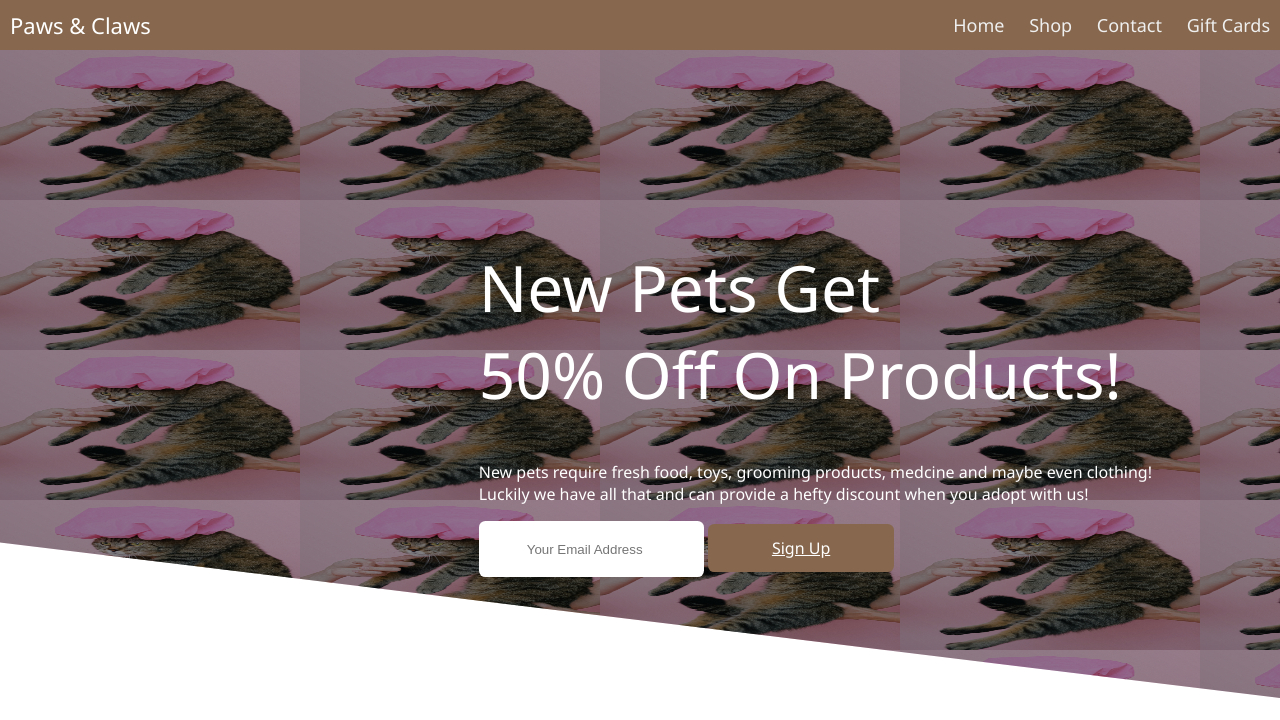
Repository: LtGriff/petProject
Page: dist/about.html
The author's editor kept a copy of each file at every save. The page is drawn from the files as they stood at one save, then again after a run of saves.
The browser window is 1280 px wide. The pictures show the whole page.

Above is the page before, as saved 2022-05-19 07:50:00.

### dist/about.html
<!DOCTYPE html>
<html lang="en">
<head>
    <meta charset="UTF-8">
    <meta http-equiv="X-UA-Compatible" content="IE=edge">
    <meta name="viewport" content="width=device-width, initial-scale=1.0">
    <link rel="stylesheet" type="text/css" href="../CSS/about.css">
    <title>About the Animal House</title>
</head>
<body>
<!-------------NAV***************BAR----------------------->

    <div class="nav">
        <input type="checkbox" id="nav-check">
        <div class="nav-header">
          <div class="nav-title">
            Paws & Claws
          </div>
        </div>
        <div class="nav-btn">
          <label for="nav-check">
            <span></span>
            <span></span>
            <span></span>
          </label>
        </div>

        <div class="nav-links">
          <a href="index.html" target="">Home</a>
          <a href="shop.html" target="_blank">Shop</a>
          <a href="contact.html" target="_blank">Contact</a>
          <a href="giftcard.html" target="_blank">Gift Cards</a>
        </div>
      </div>

    <!-------------NAV*******BAR********END----------------------->


 <!------------------HEADER*******SECTION---------------------->


 <div class="dogfield"></div>

 <header id="header-section">
  <div class="header-text container">
      <h1>New Pets Get <br> 50%  Off On Products!</h1>
      <p>
         New pets require fresh food, toys, grooming products, medcine and maybe even clothing!<br> Luckily we have all that and can provide a hefty discount when you adopt with us!
      </p>
      <input id="userInput" type="email" placeholder="Your Email Address" required>
      <a class="cta" href="#">Sign Up</a>
      <p id="error">Please provide a valid email address</p>
  </div>
</header>










</body>
</html>

### dist/CSS/about.css
/** NAV BAR **/

* {
    box-sizing: border-box;
  }

  body {
    margin: 0px;
    font-family: 'segoe ui';
  }

  .nav {
    height: 50px;
    width: 100%;
    background-color: #87684e;

  /**
    opacity: .5;
    filter: alpha(opacity=50);
    position: relative;**/
    /* z-index: ; */


    box-shadow:
    0 2.8px 2.2px rgba(0, 0, 0, 0.034),
    0 6.7px 5.3px rgba(0, 0, 0, 0.048),
    0 12.5px 10px rgba(0, 0, 0, 0.06),
    0 22.3px 17.9px rgba(11, 4, 4, 0.072),
    0 41.8px 33.4px rgba(0, 0, 0, 0.086),
    0 100px 80px rgba(0, 0, 0, 0.12);
  }

  .nav > .nav-header {
    display: inline;
  }

  .nav > .nav-header > .nav-title {
    display: inline-block;
    font-size: 22px;
    color: #fff;
    padding: 10px 10px 10px 10px;
  }

  .nav > .nav-btn {
    display: none;
  }

  .nav > .nav-links {
    display: inline;
    float: right;
    z-index: 9;
    font-size: 18px;
  }

  .nav > .nav-links > a {
    display: inline-block;
    padding: 13px 10px 13px 10px;
    text-decoration: none;
    color: #efefef;
  }

  .nav > .nav-links > a:hover {
    background-color: rgba(0, 0, 0, 0.3);
  }

  .nav > #nav-check {
    display: none;
  }


 /** HEADER SECTION **/

#header-section{
    height: 90vh;
    background-image: linear-gradient(
        to left bottom,
        rgba(0, 0, 0, 0.4),
        rgba(0, 0, 0, 0.5)),
    url("../img/catpink.jpg");
    background-size: 300px 150px;
    clip-path: polygon(0% 0%,100% 0%,100% 100%,0% 76%);

  }



  .header-text {
    position: absolute;
    top: 28%;
    right: 10%;
    color: #ffffff;
  }

  .header-text h1 {
    font-size: 4rem;
    font-weight: 500;
  }

  .header-text p {
    margin-bottom: 1rem;
  }

  #header-section input {
    width: 225px;
    height: 3.5rem;
    border-radius: 0.4rem;
    border: none;
    padding: 0.5rem 3rem;
  }

  .cta {
    background-color: #87684e;
    padding: 0.8rem 4rem;
    border-radius: 0.4rem;
    color: #fff;
    font-weight: 400;
  }

  .cta:hover {
    transform: translateY(-3px);
    box-shadow: 0 1rem 2rem rgba(0, 0, 0, .2);
  }

  .cta:active {
    transform: translateY(-1px);
    box-shadow: 0 .5rem 1rem rgba(0, 0, 0, .2);
  }

  .cta::after {
    content: "";
    display: inline-block;
    height: 100%;
    width: 100%;
    border-radius: 10rem;
    position: absolute;
    top: 0;
    left: 0;
    z-index: -1;
    transition: all .4s;
  }

  .cta:hover::after {
    transform: scaleX(1.4) scaleY(1.6);
    opacity: 0;
  }

  #error {
    color: red;
    font-weight: 600;
    display: none;
    margin-top: 1rem;
    transition: all 0.5s ease-in;
  }

@media (max-width:600px) {
    .nav > .nav-btn {
      display: inline-block;
      position: absolute;
      right: 0px;
      top: 0px;
    }
    .nav > .nav-btn > label {
      display: inline-block;
      width: 50px;
      height: 50px;
      padding: 13px;
    }
    .nav > .nav-btn > label:hover,.nav  #nav-check:checked ~ .nav-btn > label {
      background-color: rgba(0, 0, 0, 0.3);
    }
    .nav > .nav-btn > label > span {
      display: block;
      width: 25px;
      height: 10px;
      border-top: 2px solid #eee;
    }
    .nav > .nav-links {
      position: absolute;
      display: block;
      width: 100%;
      background: rgb(234,212,189);
      background: linear-gradient(7deg, rgba(234,212,189,1) 0%, rgba(204,175,140,1) 24%, rgba(191,161,124,1) 64%, rgba(135,104,78,1) 98%);
      height: 0px;
      transition: all 0.3s ease-in;
      overflow-y: hidden;
      top: 50px;
      left: 0px;
    }
    .nav > .nav-links > a {
      display: block;
      width: 100%;
    }
    .nav > #nav-check:not(:checked) ~ .nav-links {
      height: 0px;
    }
    .nav > #nav-check:checked ~ .nav-links {
      height: calc(28vh - 50px);
      overflow-y: auto;
    }

  }

After the next 9 saves:
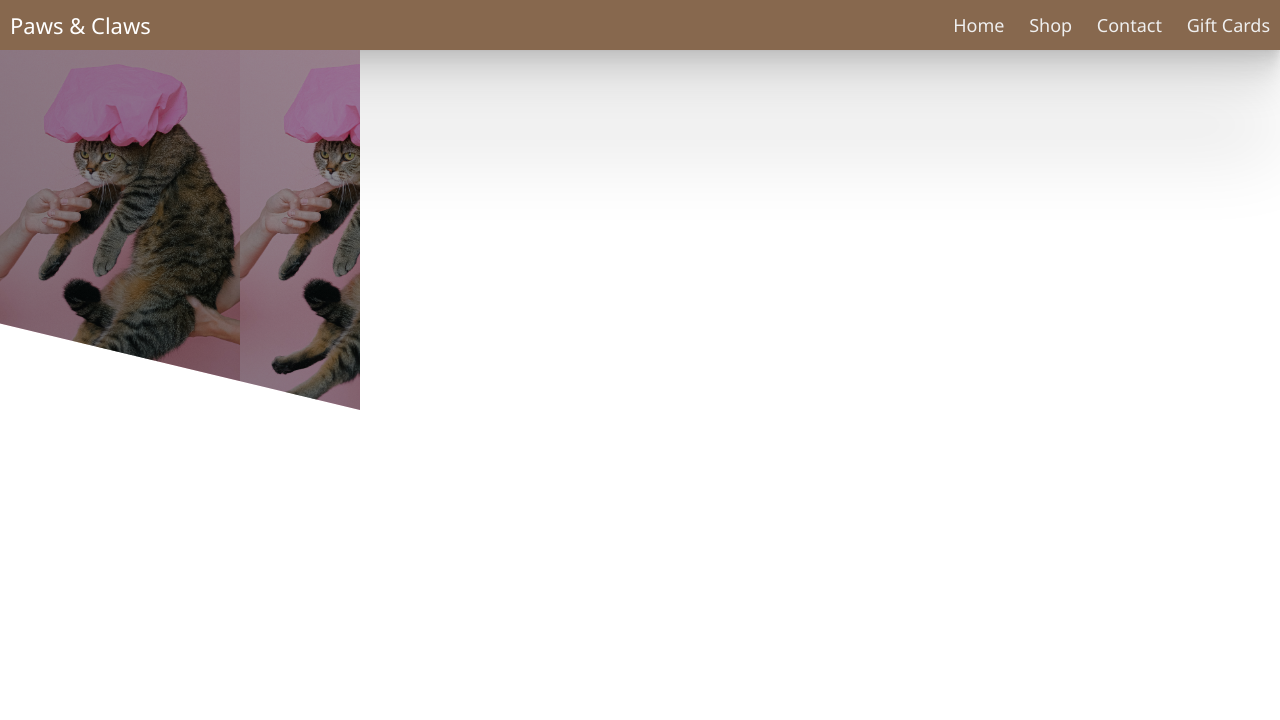
The 9 saves are shown as one change because they came seconds apart.
The last was saved 58 s later.
--- a/dist/CSS/about.css
+++ b/dist/CSS/about.css
@@ -77,7 +77,9 @@
         rgba(0, 0, 0, 0.4),
         rgba(0, 0, 0, 0.5)),
     url("../img/catpink.jpg");
-    background-size: 300px 150px;
+    background-size: contain;
+    width: 360px;
+    height: 360px;
     clip-path: polygon(0% 0%,100% 0%,100% 100%,0% 76%);
 
   }
